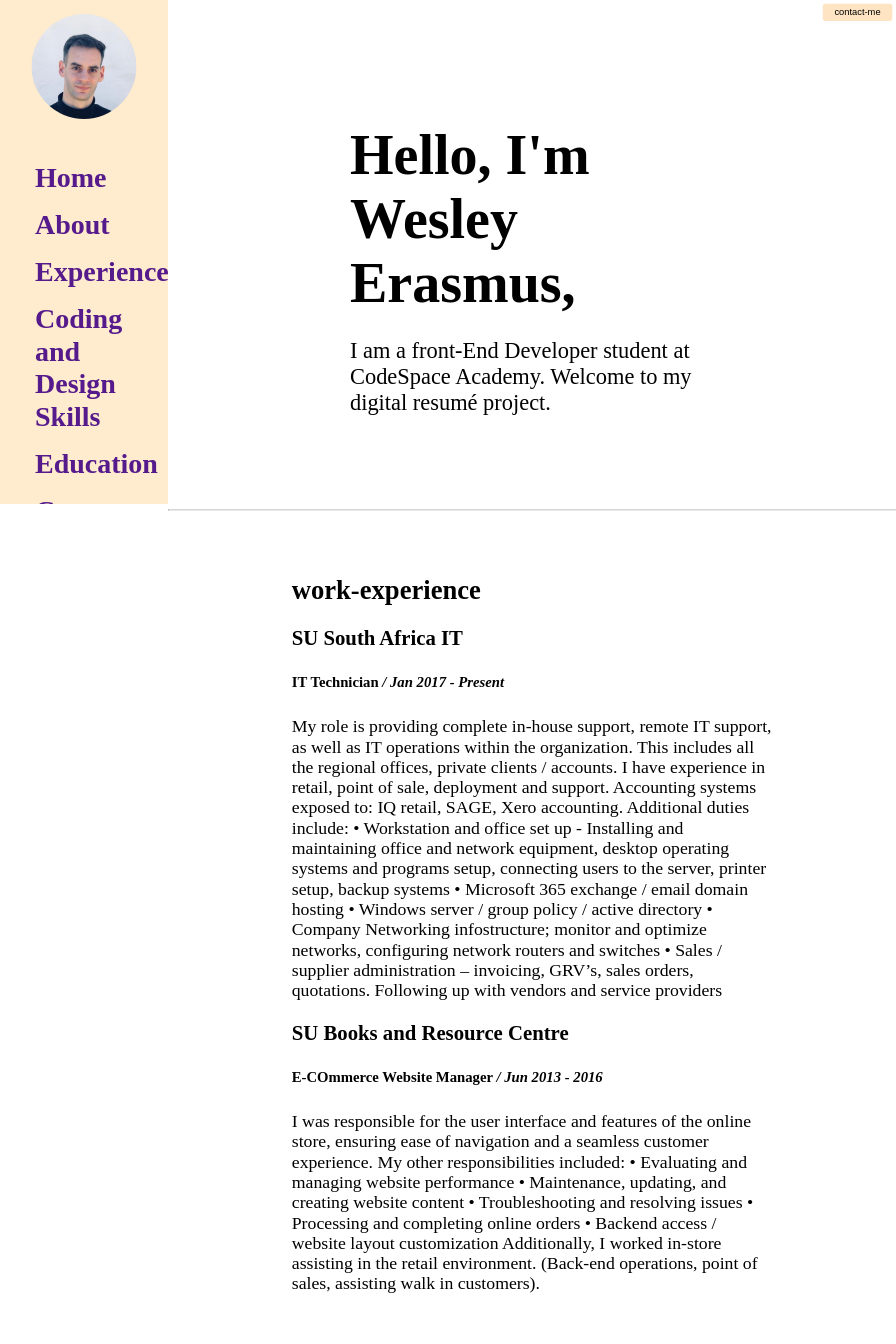
Repository: WesleyErasmus/MyDigitalResume-5
Page: index.html
These files come from the project's save history. The page is drawn as it stood at one moment and after a run of saves; the edit follows.
The browser window is 1280 px wide. The pictures show the part of the page from y = 0 to 1920 px (the page is 2928 px tall), at 70% of full size.

Above is the page before, as saved 2022-02-25 21:11:12.

### index.html
<!DOCTYPE html>
<html lang="en">

<head>
    <meta charset="UTF-8">
    <meta http-equiv="X-UA-Compatible" content="IE=edge">
    <meta name="viewport" content="width=device-width, initial-scale=1.0">
    <title>Wesley Erasmus Digital Resume 5</title>
    <link rel="stylesheet" href="stylesheet.css">
</head>

<body>
    <!-- look into using use hr tag -->
    <header>
        <span>
            <button id="contact-me-btn">contact-me</button>
        </span>
    </header>
    <nav>
        <img id="headshot" src="images/headshot.jpeg" alt="headshot">
        <!-- <h1 id="full-name">Wesley Erasmus</h1> -->
        <ul class="nav-btns">
            <li><a href=""><strong>Home</strong></a></li>
            <li><a href=""><strong>About</strong></a></li>
            <li><a href=""><strong>Experience</strong></a></li>
            <li><a href=""><strong>Coding and Design Skills</strong></a></li>
            <li><a href=""><strong>Education</strong></a></li>
            <li><a href=""><strong>Contact Me</strong></a></li>
        </ul>
        <!-- <div>move social media links down</div> -->
        <ul class="social-media-links">
            <li><a href="https://www.facebook.com/codespaceza" target="_blank"><img src="/icons/facebook.png"
                        alt="Facebook" width="40px" height="40px"></a></li>
            <li><a href="https://www.instagram.com/codespaceza/" target="_blank"><img src="icons/instagram.png"
                        alt="Instagram" width="40px" height="40px"></a></li>
            <li><a href="https://www.youtube.com/channel/UCfmXJliguiwBv2QlRzWdrxA" target="_blank"><img
                        src="icons/youtube.png" alt="YouTube" width="40px" height="40px"></a></li>
            <li><a href="https://www.linkedin.com/school/codespaceza/" target="_blank"><img src="icons/linkedin.png"
                        alt="LinkedIn" width="40px" height="40px"></a></li>
        </ul>
    </nav>
    <main>
        <article class="about-me">
            <h1 id="hello">Hello, I'm Wesley Erasmus,</h1>
                    <p>I am a front-End Developer student at CodeSpace Academy. Welcome to my digital resumé project.</p>
        </article>
        <hr>
        <article class="job-experience">
            <h1>work-experience</h1>
            <h3>SU South Africa IT</h3>
            <h5>IT Technician <em>/ Jan 2017 - Present</em></h5>
            <p>My role is providing complete in-house support, remote IT support, as well as IT operations within the
                organization. This includes all the regional offices, private clients / accounts. I have experience in
                retail, point of sale, deployment and support. Accounting systems exposed to: IQ retail, SAGE, Xero
                accounting. Additional duties include:
                • Workstation and office set up - Installing and maintaining office and network equipment, desktop
                operating systems and programs setup, connecting users to the server, printer setup, backup systems
                • Microsoft 365 exchange / email domain hosting
                • Windows server / group policy / active directory
                • Company Networking infostructure; monitor and optimize networks, configuring network routers and
                switches
                • Sales / supplier administration – invoicing, GRV’s, sales orders, quotations. Following up with
                vendors and service providers</p>
            <h3>SU Books and Resource Centre</h3>
            <h5>E-COmmerce Website Manager <em>/ Jun 2013 - 2016</em></h5>
            <p>I was responsible for the user interface and features of the online store, ensuring ease of navigation and a seamless customer experience. My other responsibilities included:
                • Evaluating and managing website performance
                • Maintenance, updating, and creating website content
                • Troubleshooting and resolving issues
                • Processing and completing online orders
                • Backend access / website layout customization
                Additionally, I worked in-store assisting in the retail environment. (Back-end operations, point of sales, assisting walk in customers).</p>
        </article>
        <article class="coding-and-design-skills">
            <h1>my-coding-and-design-skills</h1>
            <ul>
                <li>HTML</li>
                <li>CSS</li>
                <li>Bootstrap</li>
                <li>Typography</li>
                <li>GitHub / Git / Version Control</li>
                <li>Wireframing</li>
                <li>UX design & UI design</li>
                <li>Figma / Adobe XD</li>
            </ul>
        </article>
        <hr>
        <article class="education">
            <h1>education</h1>
            <ul>
                <li><h3>CodeSpace Academy</h3><p>web-design</p></li>
                <li><h3>UNISA</h3><p>marketing-management</p></li>
            </ul>
        </article>
        <article>
            about me - use linkedin profile
        </article>
    </main>
    <footer>
        <h3>my-contact-details</h3>
        <div class="footer-contact-details">email</div>
        <div class="footer-contact-details">whatsApp</div>
        <div class="footer-contact-details">linkedIn</div>



        <ul class="social-media-links">
            <li><a href="https://www.facebook.com/codespaceza" target="_blank"><img src="/icons/facebook.png"
                        alt="Facebook" width="40px" height="40px"></a></li>
            <li><a href="https://www.instagram.com/codespaceza/" target="_blank"><img src="icons/instagram.png"
                        alt="Instagram" width="40px" height="40px"></a></li>
            <li><a href="https://www.youtube.com/channel/UCfmXJliguiwBv2QlRzWdrxA" target="_blank"><img
                        src="icons/youtube.png" alt="YouTube" width="40px" height="40px"></a></li>
            <li><a href="https://www.linkedin.com/school/codespaceza/" target="_blank"><img src="icons/linkedin.png"
                        alt="LinkedIn" width="40px" height="40px"></a></li>
        </ul>
    </footer>

</body>

</html>

### stylesheet.css
* {
  box-sizing: border-box;
  list-style-type: none;
}
body {
  margin: 0 0 0 240px;
  padding: 0;
}
header {
  text-align: center;
}
#headshot {
  width: 150px;
  border-radius: 50%;
  display: block;
  margin: 0 auto;
  margin-top: 20px;
  margin-bottom: 50px;
  padding: 0;
  /* margin-left: auto;
    margin-right: auto; */
}
/* h1#full-name {
    text-align: center;
    font-size: 40px;
    padding: 0px;
    margin: 10px 0 0 0;
} */
button#contact-me-btn {
  position: fixed;
  float: right;
  right: 0;
  z-index: 1;
  background-color: bisque;
  width: 100px;
  height: 25px;
  margin: 5px 5px 20px;
  border-radius: 5px;
  border: none;
}
nav {
  background-color: blanchedalmond;
  float: left;
  position: fixed;
  left: 0;
  overflow-y: auto;
  overflow-x: hidden;
  height: 100vh;
  min-height: 100vh;
  top: 0;
  width: 240px;
  z-index: 1;
}
ul.nav-btns{
font-size: 30pt;
}
.nav-btns li {
  padding: 10px;
}
a:link {
  text-decoration: none;
}
a:visited {
  text-decoration: none;
}
a:hover {
  text-decoration: underline;
}
a:active {
  text-decoration: underline;
}
main {
  /* background-color: blueviolet; */
  position: relative;
  display: block;
  width: 100%;
}
#hello {
  font-size: 5rem;
  margin: 0;
}
article.about-me {
  /* background-color: aquamarine; */
  height: 100vh;
  font-size: 2rem;
  padding: 17% 25%;
}
article.job-experience {
  /* background-color:brown; */
  font-size: 19pt;
  padding: 50px 17% 50px 17%;
}
article.coding-and-design-skills {
  background-color: green;
  font-size: 19pt;
  padding: 50px 17% 50px 17%;
}
article.education {
  background-color: red;
  overflow-x: hidden;
}
.footer-contact-details {
  display: inline;
}

After the next 2 saves:
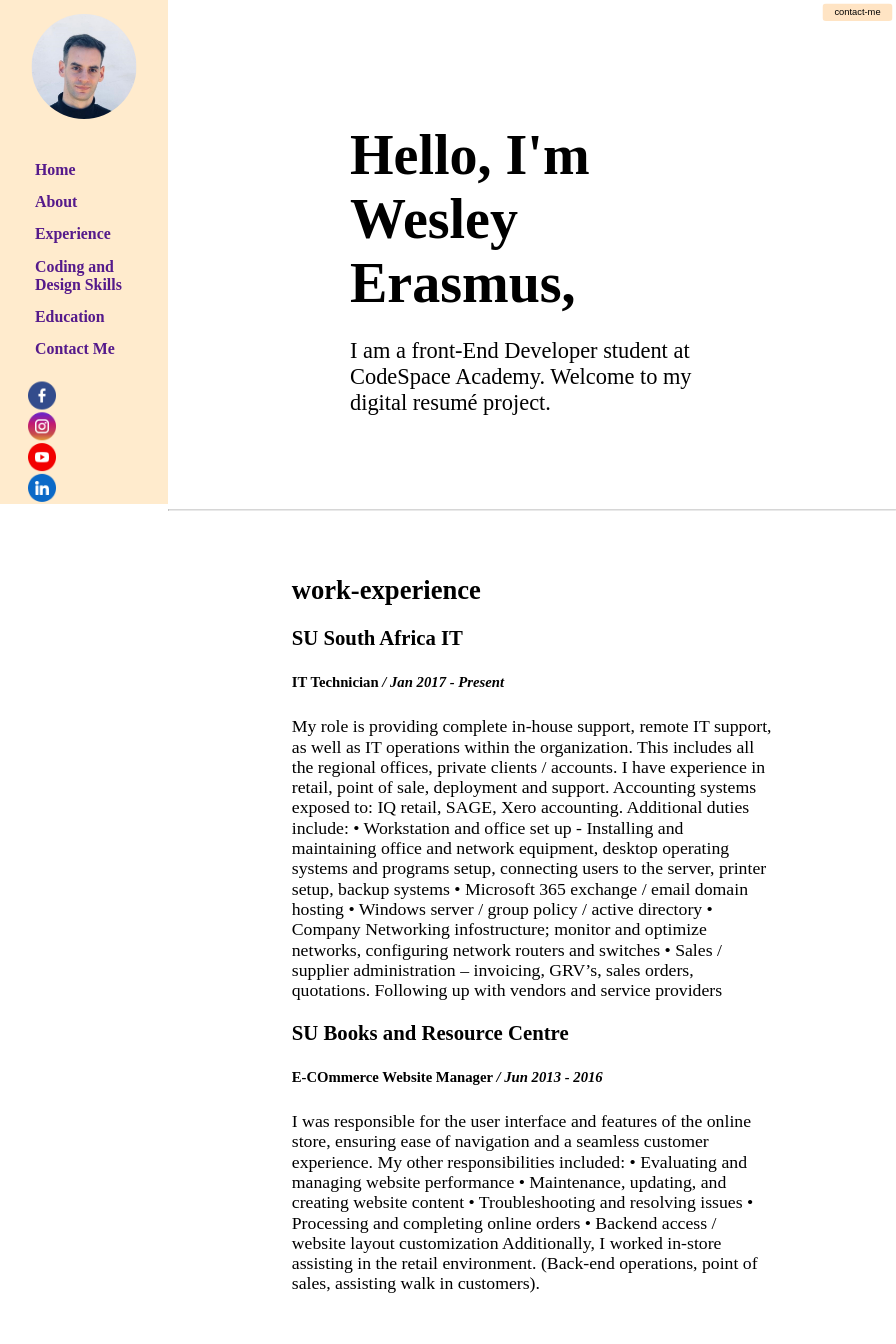
The 2 saves are shown as one change because they came seconds apart.
The last was saved 8 s later.
--- a/stylesheet.css
+++ b/stylesheet.css
@@ -52,7 +52,7 @@ nav {
   z-index: 1;
 }
 ul.nav-btns{
-font-size: 30pt;
+font-size: 17pt;
 }
 .nav-btns li {
   padding: 10px;
